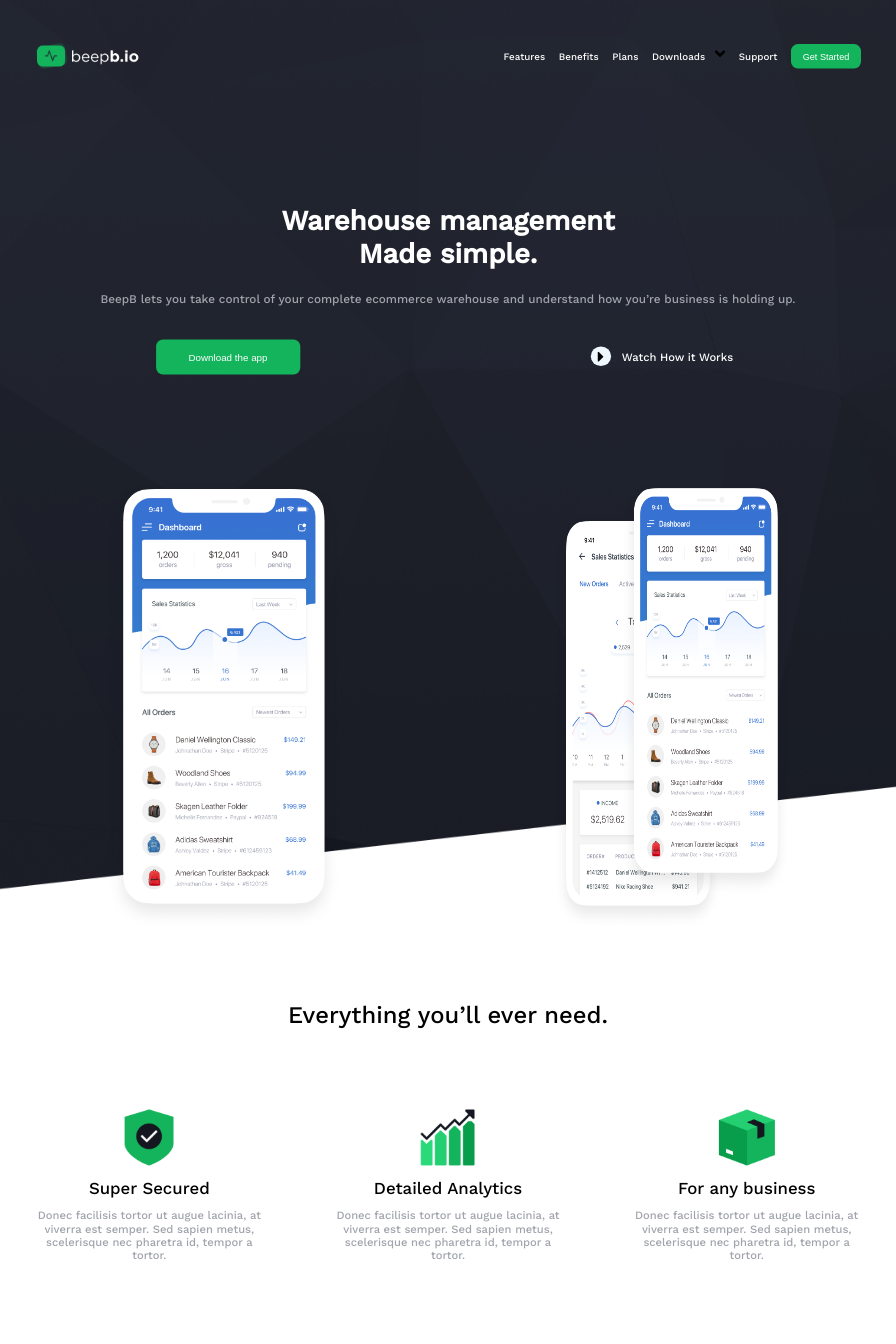
Repository: thinhnguyen347/thinhnguyen347.github.io
Page: cut-html-css/index.html
The author's editor kept a copy of each file at every save. The page is drawn from the files as they stood at one save, then again after the next save.
The browser window is 1280 px wide. The pictures show the part of the page from y = 0 to 1920 px (the page is 5037 px tall before and 4913 px after), at 70% of full size.

Above is the page before, as saved 2021-11-10 17:39:13.

After the next save:
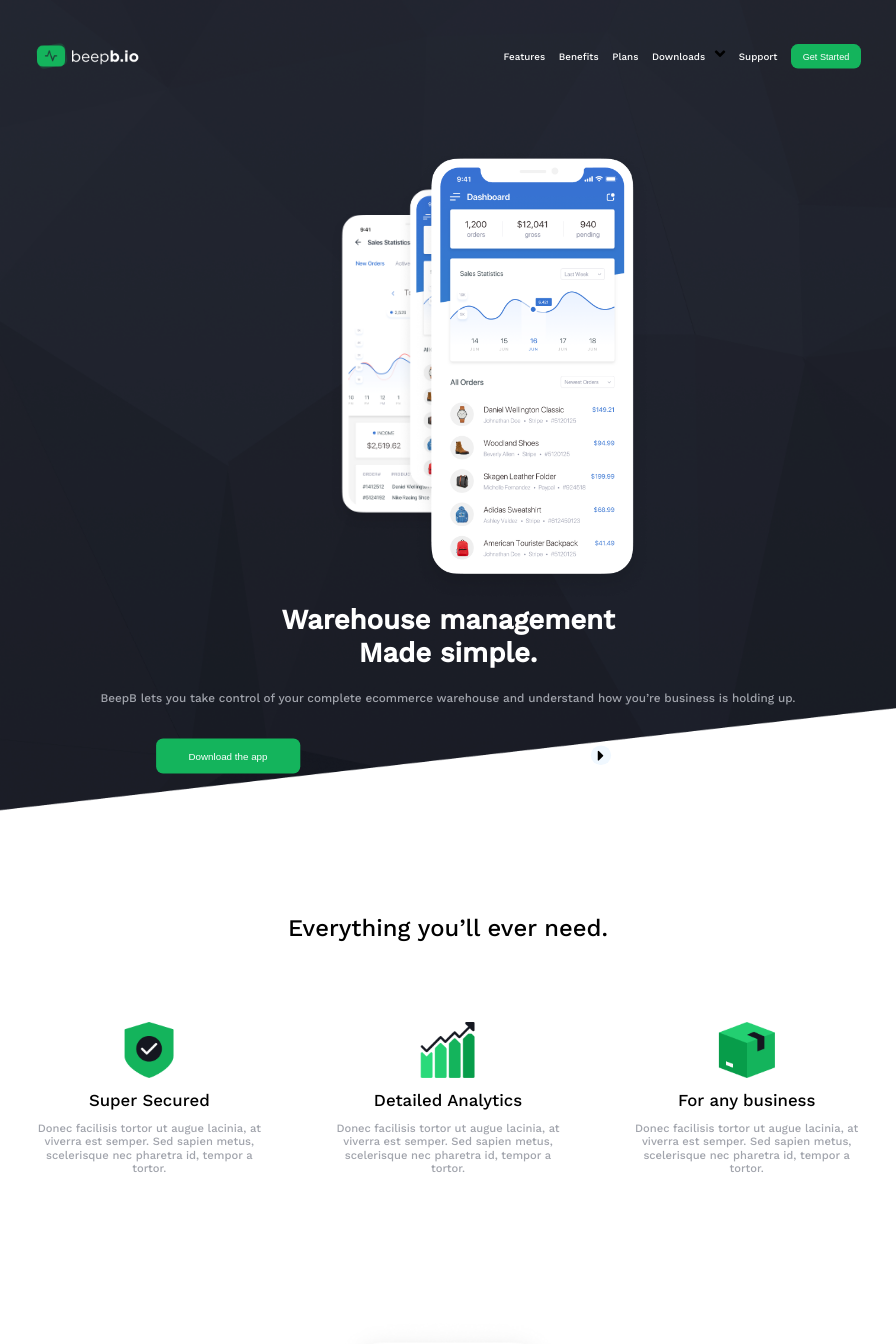
Saved 4 s later.
--- a/cut-html-css/css/style2.css
+++ b/cut-html-css/css/style2.css
@@ -199,7 +199,7 @@
     justify-content: center;
   }
 
-  .iphone {
+  /* .iphone {
     display: none;
   }
 
@@ -207,7 +207,7 @@
     padding-top: 50px;
     display: flex;
     justify-content: space-around;
-  }
+  } */
 
   .feature {
     width: 100%;
